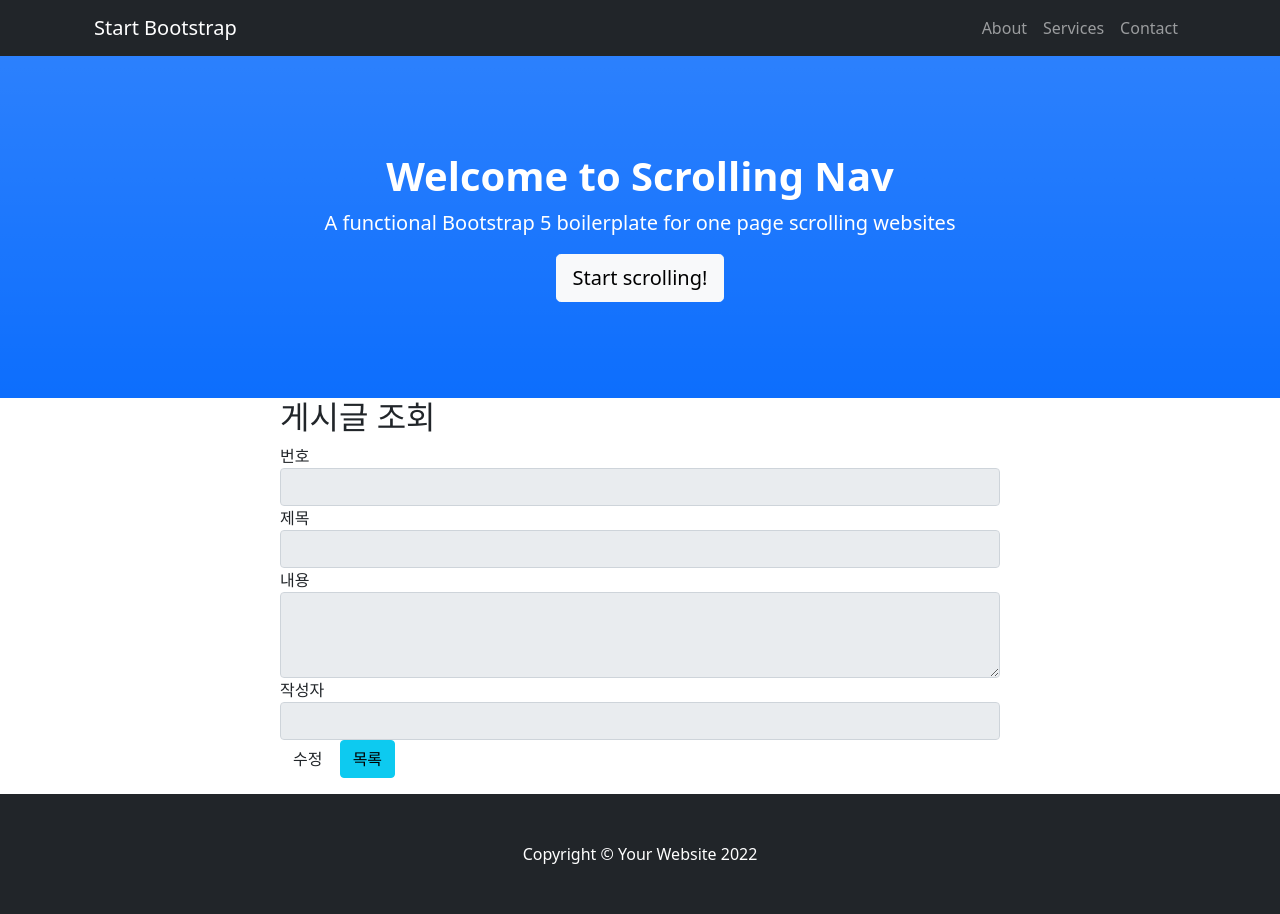
Repository: rlarmsdn2999/SpringWebProject
Page: http://localhost/myboard/WEB-INF/views/board/modify.jsp
An editor plug-in stored every save of this project. The page is shown before and after the next save, followed by the edit.
The browser window is 1280 px wide. The pictures show the whole page.
The page is served by Tomcat 9. Nobody is signed in. Other server files are loaded and not shown. The template is opened directly, without the code that normally fills it, so the values that code supplies are empty.

Above is the page before, as saved 2022-12-25 12:57:52.
Console error: TypeError: Cannot read properties of null (reading 'classList')

### myboard/myboard/src/main/webapp/WEB-INF/views/board/modify.jsp
<%@ page language="java" contentType="text/html; charset=UTF-8"
	pageEncoding="UTF-8"%>
<%@ taglib uri="http://java.sun.com/jsp/jstl/core" prefix="c"%>
<%@ taglib uri="http://java.sun.com/jsp/jstl/fmt" prefix="fmt"%>
<!DOCTYPE html>
<html lang="en">
<head>
<meta charset="utf-8" />
<meta name="viewport"
	content="width=device-width, initial-scale=1, shrink-to-fit=no" />
<meta name="description" content="" />
<meta name="author" content="" />
<title>Scrolling Nav - Start Bootstrap Template</title>
<link rel="icon" type="image/x-icon"
	href="/resources/assets/favicon.ico" />
<!-- Core theme CSS (includes Bootstrap)-->
<link href="/resources/css/styles.css" rel="stylesheet" />
</head>
<body id="page-top">
<script src="https://ajax.googleapis.com/ajax/libs/jquery/1.12.4/jquery.min.js"></script>
	<!-- Navigation-->
	<nav class="navbar navbar-expand-lg navbar-dark bg-dark fixed-top"
		id="mainNav">
		<div class="container px-4">
			<a class="navbar-brand" href="#page-top">Start Bootstrap</a>
			<button class="navbar-toggler" type="button"
				data-bs-toggle="collapse" data-bs-target="#navbarResponsive"
				aria-controls="navbarResponsive" aria-expanded="false"
				aria-label="Toggle navigation">
				<span class="navbar-toggler-icon"></span>
			</button>
			<div class="collapse navbar-collapse" id="navbarResponsive">
				<ul class="navbar-nav ms-auto">
					<li class="nav-item"><a class="nav-link" href="#about">About</a></li>
					<li class="nav-item"><a class="nav-link" href="#services">Services</a></li>
					<li class="nav-item"><a class="nav-link" href="#contact">Contact</a></li>
				</ul>
			</div>
		</div>
	</nav>
	<!-- Header-->
	<header class="bg-primary bg-gradient text-white">
		<div class="container px-4 text-center">
			<h1 class="fw-bolder">Welcome to Scrolling Nav</h1>
			<p class="lead">A functional Bootstrap 5 boilerplate for one page
				scrolling websites</p>
			<a class="btn btn-lg btn-light" href="#about">Start scrolling!</a>
		</div>
	</header>
	<!-- About section-->
	<div class="container px-4">
		<div class="row gx-4 justify-content-center">
			<div class="col-lg-8">
				<h2>게시글 조회</h2>
				<table class="table table-hover">
					<div class="panel-body">
						<div class="form-group">
							<label>번호</label><input class="form-control" name="bno" value='<c:out value="${board.bno}" />' readonly="readonly">
						</div>
						<div class="form-group">
							<label>제목</label><input class="form-control" name="title" value='<c:out value="${board.title}" />' readonly="readonly">
						</div>
						<div class="form-group">
							<label>내용</label>
							<textarea class="form-control" rows="3" name='content' value='<c:out value="${board.content}" />' readonly="readonly"><c:out value="${board.content}" /></textarea>
						</div>
						<div class="form-group">
							<label>작성자</label><input class="form-control" name="writer" value='<c:out value="${board.writer}" />' readonly="readonly">
						</div>
						<button data-oper='modify' class="btn btn-default">수정</button>
						<button data-oper='list' class="btn btn-info">목록</button>
						<form id='operForm' action="/board/modify" method="get">
							<input type='hidden' id='bno' name='bno'
								value='<c:out value="${board.bno}"/>'>
						</form>
					</div>
				</table>
			</div>
		</div>
	</div>
	<!-- Footer-->
	<footer class="py-5 bg-dark">
		<div class="container px-4">
			<p class="m-0 text-center text-white">Copyright &copy; Your
				Website 2022</p>
		</div>
	</footer>
	<!-- Bootstrap core JS-->
	<script
		src="https://cdn.jsdelivr.net/npm/bootstrap@5.1.3/dist/js/bootstrap.bundle.min.js"></script>
	<!-- Core theme JS-->
	<script src="/resources/js/scripts.js"></script>

</body>
</html>

### myboard/myboard/src/main/webapp/resources/js/scripts.js
/*!
* Start Bootstrap - Scrolling Nav v5.0.5 (https://startbootstrap.com/template/scrolling-nav)
* Copyright 2013-2022 Start Bootstrap
* Licensed under MIT (https://github.com/StartBootstrap/startbootstrap-scrolling-nav/blob/master/LICENSE)
*/
//
// Scripts
//

window.addEventListener('DOMContentLoaded', event => {

    // Activate Bootstrap scrollspy on the main nav element
    const mainNav = document.body.querySelector('#mainNav');
    if (mainNav) {
        new bootstrap.ScrollSpy(document.body, {
            target: '#mainNav',
            offset: 74,
        });
    };

    // Collapse responsive navbar when toggler is visible
    const navbarToggler = document.body.querySelector('.navbar-toggler');
    const responsiveNavItems = [].slice.call(
        document.querySelectorAll('#navbarResponsive .nav-link')
    );
    responsiveNavItems.map(function (responsiveNavItem) {
        responsiveNavItem.addEventListener('click', () => {
            if (window.getComputedStyle(navbarToggler).display !== 'none') {
                navbarToggler.click();
            }
        });
    });

});

Loaded but not shown: myboard/myboard/src/main/webapp/resources/css/styles.css (library)

After the next save:
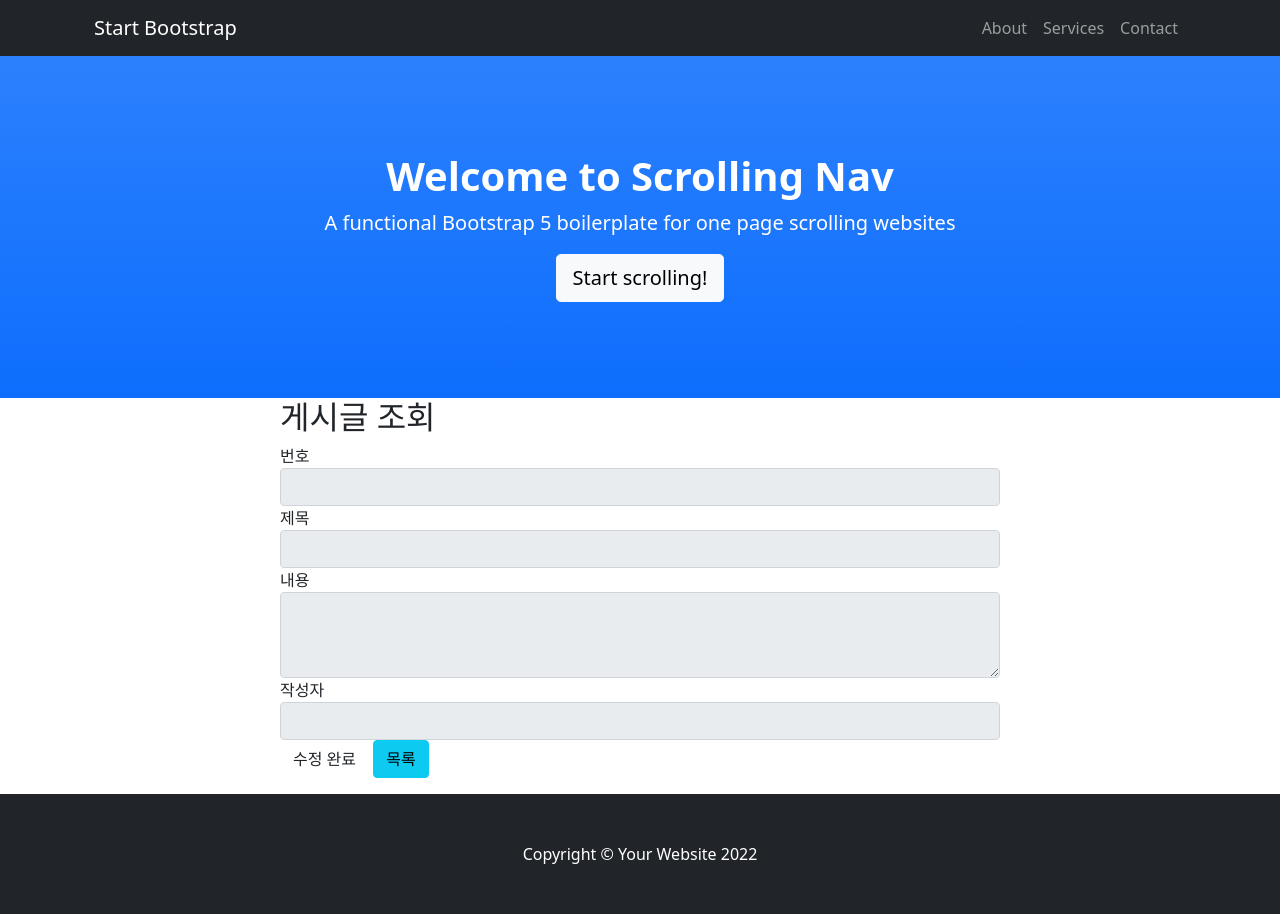
Saved 12 s later.
--- a/myboard/myboard/src/main/webapp/WEB-INF/views/board/modify.jsp
+++ b/myboard/myboard/src/main/webapp/WEB-INF/views/board/modify.jsp
@@ -67,7 +67,7 @@
 						<div class="form-group">
 							<label>작성자</label><input class="form-control" name="writer" value='<c:out value="${board.writer}" />' readonly="readonly">
 						</div>
-						<button data-oper='modify' class="btn btn-default">수정</button>
+						<button data-oper='modify' class="btn btn-default">수정 완료</button>
 						<button data-oper='list' class="btn btn-info">목록</button>
 						<form id='operForm' action="/board/modify" method="get">
 							<input type='hidden' id='bno' name='bno'
